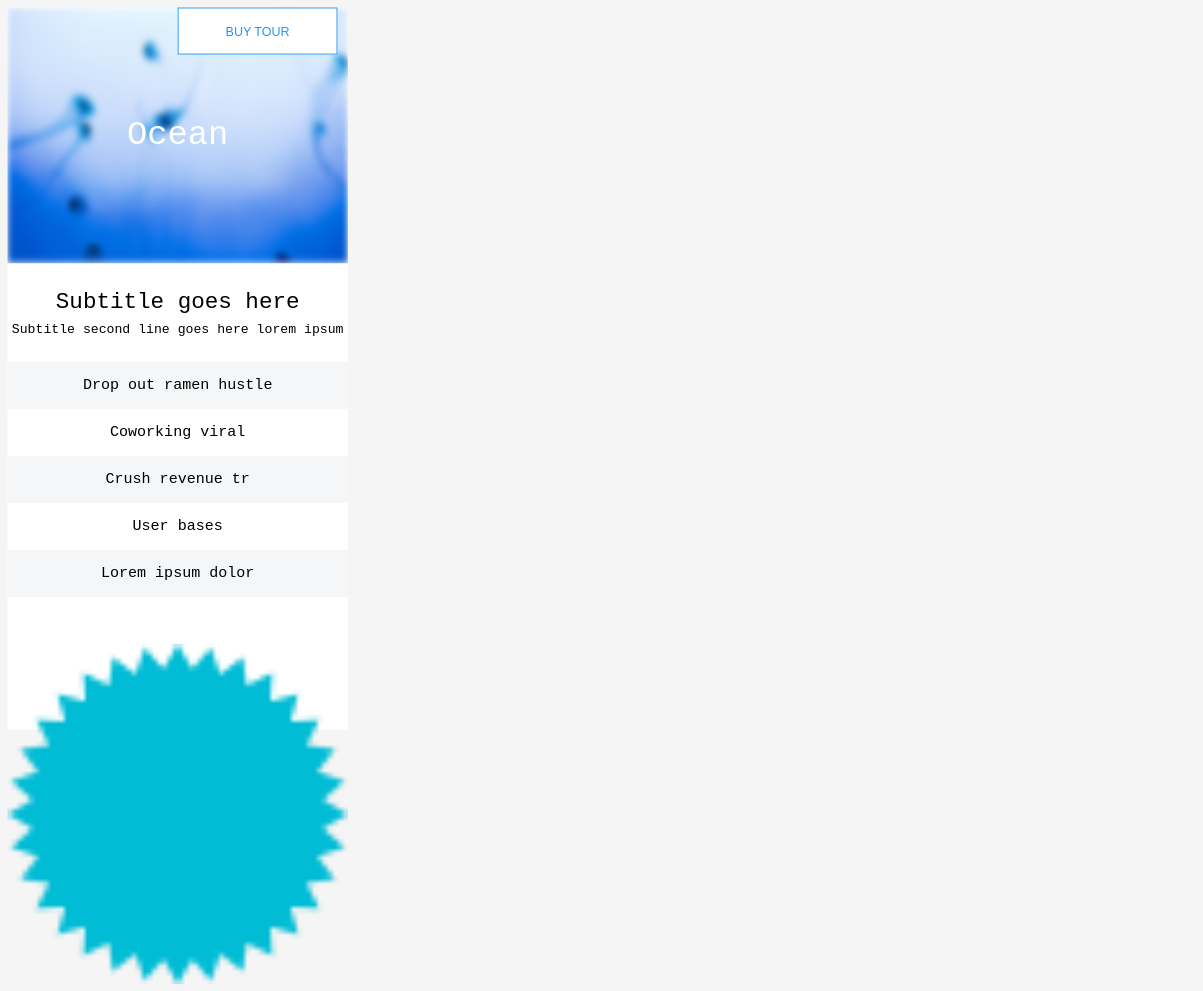
Repository: HoanTiny/pricetable
Page: index.html
An editor plug-in stored every save of this project. The page is shown before and after the next save, followed by the edit.
The browser window is 1280 px wide. The pictures show the whole page, at 94% of full size.

Above is the page before, as saved 2022-07-04 10:24:27.

After the next save:
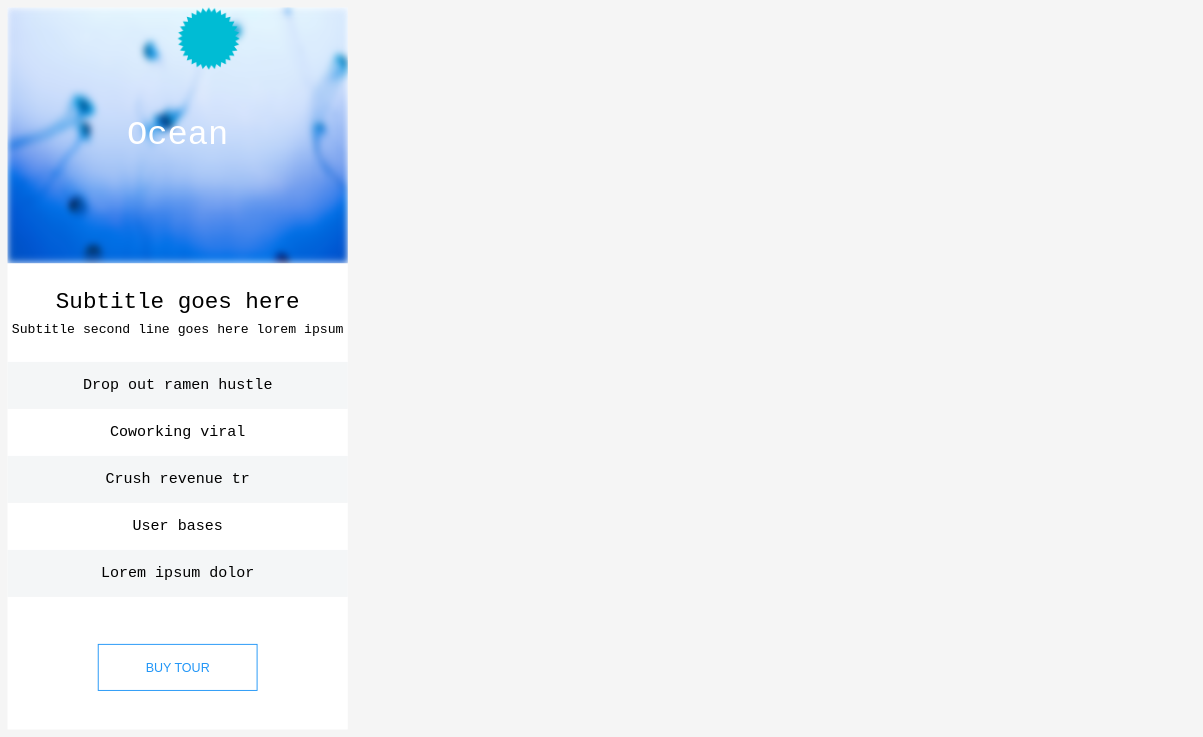
Saved 14 s later.
--- a/assests/css/style.css
+++ b/assests/css/style.css
@@ -82,6 +82,9 @@ img {
     background-color: #fff;
     text-transform: uppercase;
     color: #2196f7;
+}
+
+.logo {
     position: absolute;
     top: 0;
     left: 50%;
